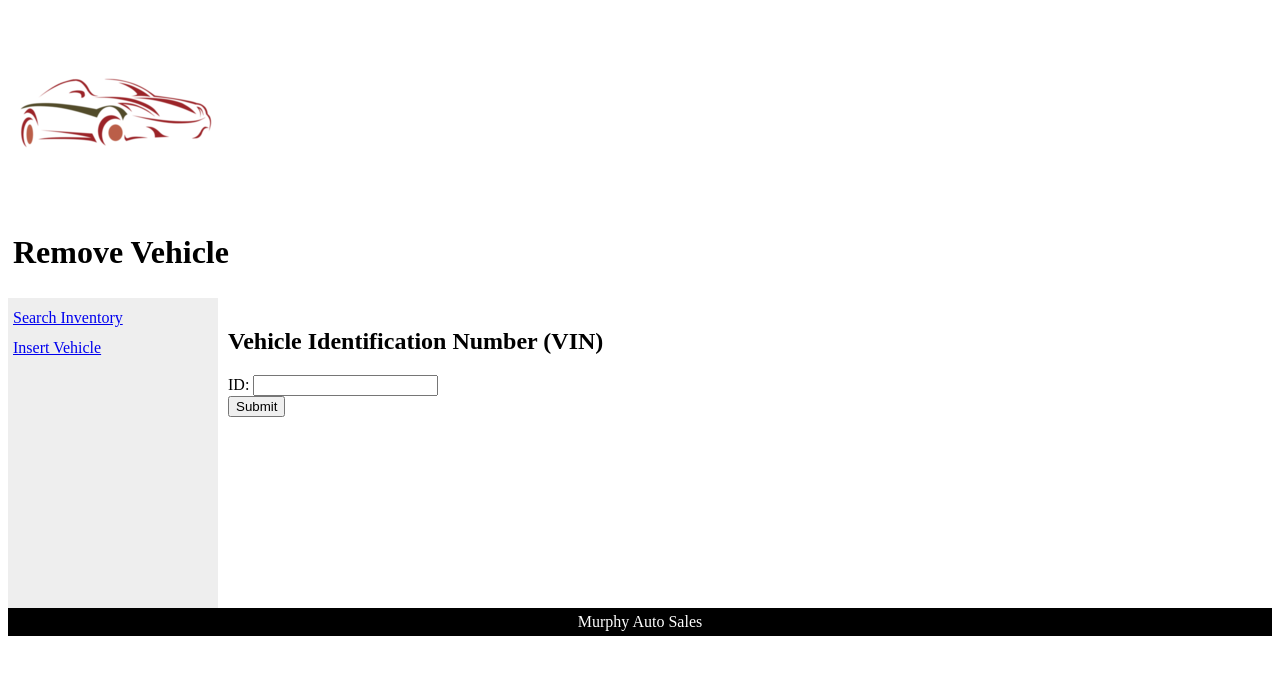
Repository: CamdenMurphy/workspace4830-intro-to-software-engineering
Page: techExercise/techExercise-Murphy/src/main/webapp/delete_murphy.html
These files come from the project's save history. The page is drawn as it stood at one moment and after the next save; the edit follows.
The browser window is 1280 px wide. The pictures show the whole page.

Above is the page before, as saved 2023-10-12 06:13:04.

### techExercise/techExercise-Murphy/src/main/webapp/delete_murphy.html
<html>
<head>
<style>
header {

    padding:5px;
}
nav {
    line-height:30px;
    background-color:#eeeeee;
    height:300px;
    width:200px;
    float:left;
    padding:5px;
}
img {
	display: inline-block;
}
section {
    width:500px;
    float:left;
    padding:10px;
}
footer {
    background-color:black;
    color:white;
    clear:both;
    text-align:center;
    padding:5px;
}
</style>
</head>

<body>
<header>
	<img src="car_icon.webp" alt="car logo">
	<h1> Remove Vehicle </h1>
</header>

<nav>
<a href="/techExercise-Murphy/search_murphy.html">Search Inventory</a> <br>
<a href="/techExercise-Murphy/insert_murphy.html">Insert Vehicle</a> <br>
</nav>

<section>
	<h1>Vehicle Identification Number (VIN)</h1>

	<form action="DeleteMurphy" method="POST">

		ID: <input type="text" name="id"> <br/>

		<input type="submit" value="Submit" />
	</form>
</section>

<footer>
	Murphy Auto Sales
</footer>
</body>
</html>

After the next save:
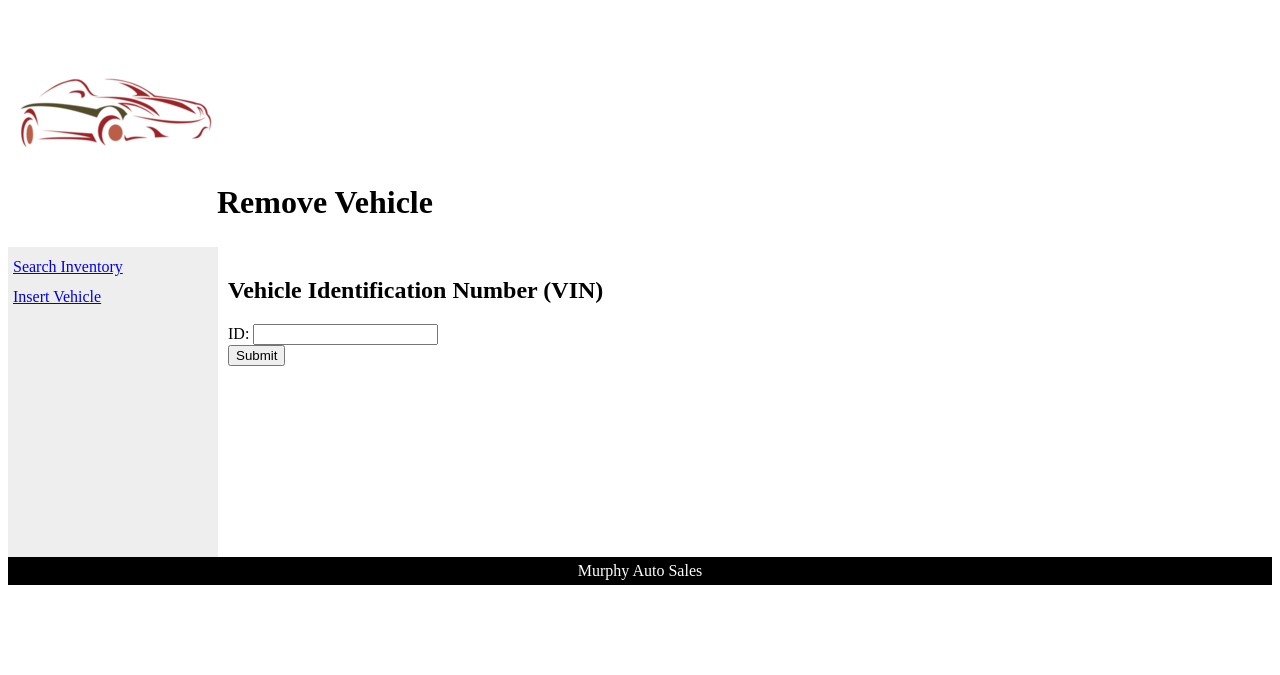
Saved 36 s later.
--- a/techExercise/techExercise-Murphy/src/main/webapp/delete_murphy.html
+++ b/techExercise/techExercise-Murphy/src/main/webapp/delete_murphy.html
@@ -27,6 +27,9 @@ footer {
     clear:both;
     text-align:center;
     padding:5px;
+}
+h1 {
+	display: inline-block;
 }
 </style>
 </head>
